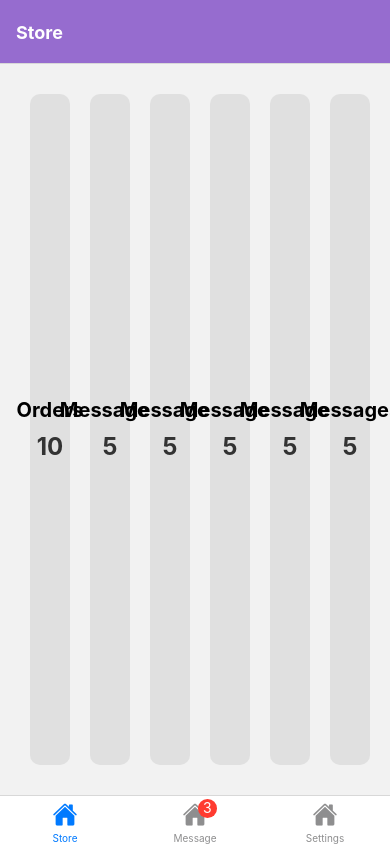
Repository: Waikato153/AwesomeProject
Screen: /
The author's editor kept a copy of each file at every save. The screen is drawn from the files as they stood at one save, then again after the next save.
The app was drawn by React Native's web renderer in a window 390 px wide. The project was rebuilt for these pictures with package versions that can differ from the ones it lists, and the page was loaded fresh each time.

Above is the screen before, as saved 2024-02-29 11:40:43.

After the next save:
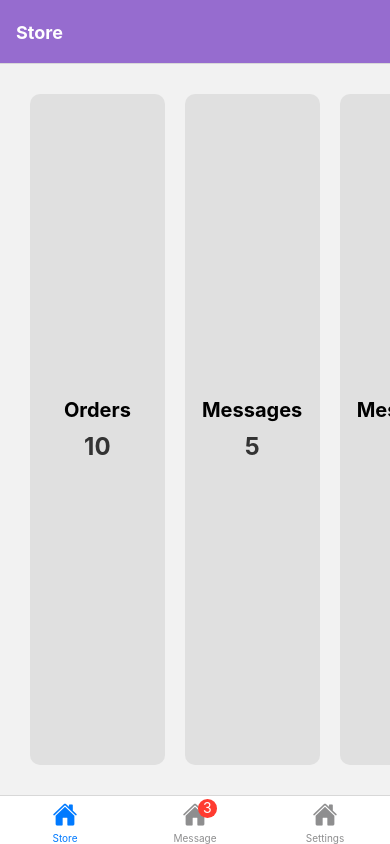
Saved 21 s later.
--- a/screens/HomeScreen.js
+++ b/screens/HomeScreen.js
@@ -36,16 +36,16 @@ const HomeScreen = () => {
 const styles = StyleSheet.create({
   container: {
     padding: 20,
+
   },
   block: {
-
+    flex:1,
     justifyContent: 'center',
     alignItems: 'center',
     backgroundColor: '#e0e0e0',
     borderRadius: 10,
     padding: 20,
-    margin: 10,
-    width: 10,
+    margin: 10
   },
   title: {
     fontSize: 20,
